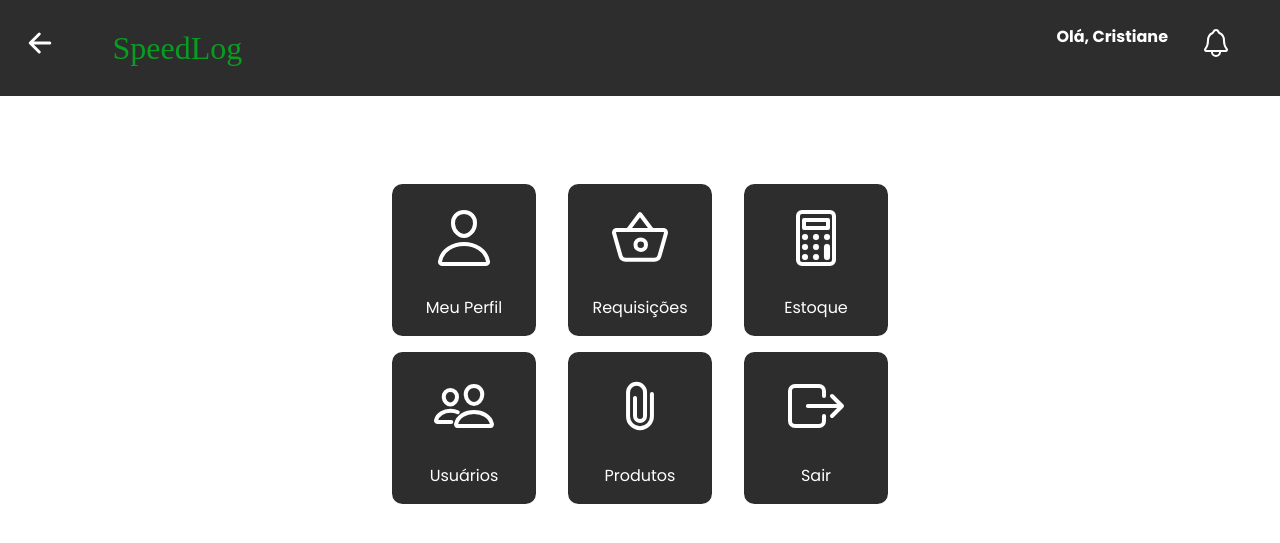
Repository: crisholiveira/speedlog
Page: http://localhost/home
These files come from the project's save history. The page is drawn as it stood at one moment and after the next save; the edit follows.
The browser window is 1280 px wide. The pictures show the whole page.
Some web fonts or font styles are not loaded; a fallback is used. The page is served by the project's Node server (app.js). Other server files are loaded and not shown.

Above is the page before, as saved 2022-01-23 20:21:23.

### views/home.ejs
<%- include('./partials/header.ejs') %>
    <link rel="stylesheet" href="/stylesheets/home.css">

    <body>

        <main>
            <section>
                <!--início ícones principais-->
                <div id="icones-principais">

                    <!--início box 1-->
                    <div class="box">
                        <div class="icones">
                            <div>
                                <a href="/perfil">
                                    <ion-icon class="icon" name="person-outline"></ion-icon>
                                </a>
                            </div>
                            <p>Meu Perfil</p>
                        </div>
                        <div class="icones">
                            <div>
                                <a href="#">
                                    <ion-icon class="icon" name="people-outline"></ion-icon>
                                </a>
                            </div>
                            <p>Usuários</p>
                        </div>
                    </div>
                    <!--Fim box 1-->

                    <!--início box 2-->
                    <div class="box">
                        <div class="icones">
                            <div>
                                <a href="#">
                                    <ion-icon class="icon" name="basket-outline"></ion-icon>
                                </a>
                            </div>
                            <p>Requisições</p>
                        </div>
                        <div class="icones">
                            <div>
                                <a href="#">
                                    <ion-icon class="icon" name="attach-outline"></ion-icon>
                                </a>
                            </div>
                            <p>Produtos</p>
                        </div>
                    </div>
                    <!--Fim box 2-->

                    <!--Início box 3-->
                    <div class="box">
                        <div class="icones">
                            <div>
                                <a href="/views/index.ejs">
                                    <ion-icon class="icon" name="calculator-outline"></ion-icon>
                                </a>
                            </div>
                            <p>Estoque</p>
                        </div>
                        <div class="icones">
                            <div>
                                <a href="#">
                                    <ion-icon class="icon" name="exit-outline"></ion-icon>
                                </a>
                            </div>
                            <p>Sair</p>
                        </div>
                    </div>

                    <!--final box 3-->

                </div>
                <!--Final ícones principais-->

                <script type="module" src="https://unpkg.com/ionicons@5.5.2/dist/ionicons/ionicons.esm.js"></script>
                <script nomodule src="https://unpkg.com/ionicons@5.5.2/dist/ionicons/ionicons.js"></script>
            </section>
        </main>

    </body>

    </html>

### views/partials/header.ejs
<!DOCTYPE html>
<html lang="en">

<head>
    <meta charset="UTF-8">
    <meta http-equiv="X-UA-Compatible" content="IE=edge">
    <meta name="viewport" content="width=device-width, initial-scale=1.0">
    <link rel="stylesheet" href="/stylesheets/header.css">
    <title>SpeedLog</title>
</head>
<header>
    <div id="menu-header">
        <div class="header-container">
            <span class="icone-voltar"><a href="/home"><ion-icon name="arrow-back-outline"></ion-icon></a>

            </span>
            <span class="logo">SpeedLog</span>
            <span class="icone-notificacao">
                <ion-icon name="notifications-outline"></ion-icon>
            </span>
            <span class="bem-vindo">
                <h4>Olá, Cristiane</h4>
            </span>
        </div>
    </div>
</header>
<script type="module" src="https://unpkg.com/ionicons@5.5.2/dist/ionicons/ionicons.esm.js"></script>
<script nomodule src="https://unpkg.com/ionicons@5.5.2/dist/ionicons/ionicons.js"></script>

### app.js
var createError = require('http-errors');
var express = require('express');
var path = require('path');
var cookieParser = require('cookie-parser');
var logger = require('morgan');

var indexRouter = require('./routes/index');
var usersRouter = require('./routes/users');
var homeRouter = require('./routes/home');
var perfilRouter = require('./routes/perfil');
var requisicoesRouter = require('./routes/requisicoes');
var estoqueRouter = require('./routes/estoque');
var usuariosRouter = require('./routes/usuarios');
var produtosRouter = require('./routes/produtos');
var cadFornecedorRouter = require('./routes/cadFornecedor')
var cadUsuarioRouter = require('./routes/cadUsuario');
var buscaFornecedorRouter = require('./routes/buscaFornecedor');


var app = express();

// view engine setup
app.set('views', path.join(__dirname, 'views'));
app.set('view engine', 'ejs');

app.use(logger('dev'));
app.use(express.json());
app.use(express.urlencoded({ extended: false }));
app.use(cookieParser());
app.use(express.static(path.join(__dirname, 'public')));

app.use('/', indexRouter);
app.use('/users', usersRouter);
app.use('/home', homeRouter);
app.use('/perfil', perfilRouter);
app.use('/requisicoes', requisicoesRouter);
app.use('/estoque', estoqueRouter);
app.use('/usuarios', usuariosRouter);
app.use('/produtos', produtosRouter);
app.use('/cadastroDeFornecedor', cadFornecedorRouter);
app.use('/cadastroDeUsuario', cadUsuarioRouter);
app.use('/buscaFornecedor', buscaFornecedorRouter);

// catch 404 and forward to error handler
app.use(function(req, res, next) {
  next(createError(404));
});

// error handler
app.use(function(err, req, res, next) {
  // set locals, only providing error in development
  res.locals.message = err.message;
  res.locals.error = req.app.get('env') === 'development' ? err : {};

  // render the error page
  res.status(err.status || 500);
  res.render('error');
});

module.exports = app;

### controllers/homeController.js
const homeController = {
    index: (req, res) => {

        res.render('home')
    }
}
module.exports = homeController

### public/stylesheets/header.css
@import url('https://fonts.googleapis.com/css2?family=Poppins:wght@100;200;300;400;500;600;700&display=swap');
@import url('https://fonts.googleapis.com/css2?family=Patrick+Hand&display=swap');

*{
    padding: 0;
    margin: 0;
    box-sizing: border-box;
    border: none;
    font-family: 'Poppins'
}

header {
    min-height: 10vh;
    background-color:#2d2d2d;

}

.header-container a {
    color: white;
}



.header-container {
    padding: 1.5rem;

}

.logo {
    color:#099c22;
    font-family: 'Patrick Hand', cursive;
    font-size: 2rem;
    padding: 3rem;

}


.icone-voltar {
    font-size: 2rem;
    color: white;



}

.icone-notificacao {
    font-size: 2rem;
    color: white;
    float: right;
    padding-right: 1.5rem;

}

.bem-vindo {
    color: white;
    float: right;

}
.bem-vindo h4 {
    padding-right: 2rem;
}
@media (max-width: 768px){
    .logo{
        display: none;
    }
}

### public/stylesheets/home.css
@import url('https://fonts.googleapis.com/css2?family=Poppins:wght@100;200;300;400;500;600;700&display=swap');
@import url('https://fonts.googleapis.com/css2?family=Patrick+Hand&display=swap');

*{
    padding: 0;
    margin: 0;
    box-sizing: border-box;
    border: none;
    font-family: 'Poppins'
}

#icones-principais {
    margin-top: 10vh;
    max-width: 75vh;
    margin-right: auto;
    margin-left: auto;
    display: flex;
    flex-wrap: wrap;
    justify-content: center;
    }

p, a {
    color: white;

}

.icones a {
    font-size: 4rem;
}


.icones{
    background-color:#2d2d2d;
    min-height: 20vh;
    min-width: 20vh;
    margin: 1rem;
    padding: 1rem;
    border-radius: 10.5px;
    text-align: center;

}

After the next save:
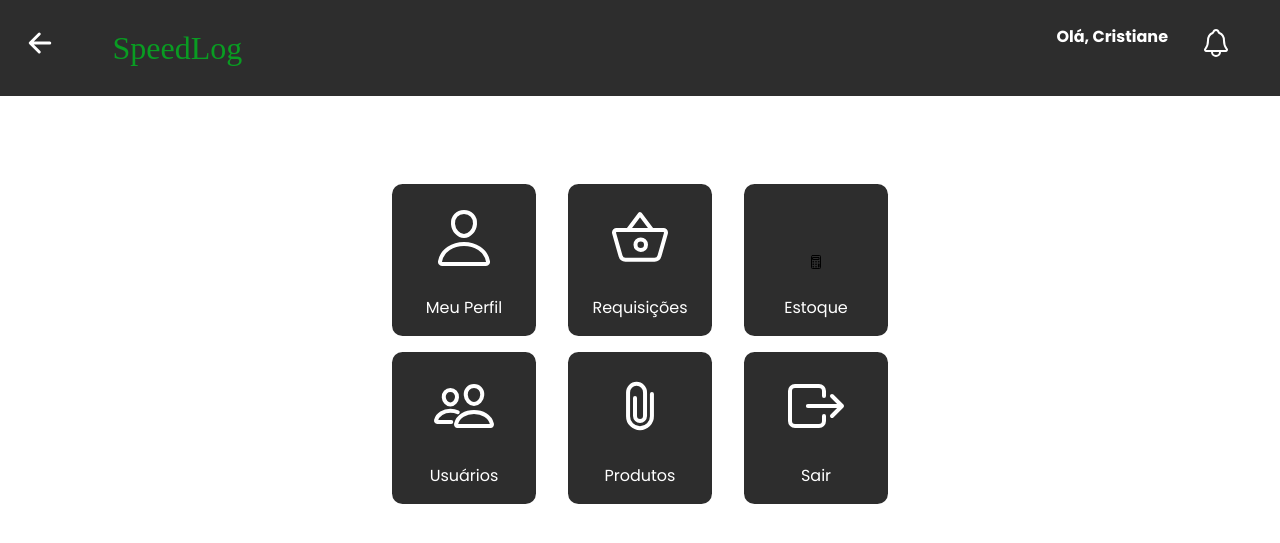
Saved 9 min 21 s later.
--- a/views/home.ejs
+++ b/views/home.ejs
@@ -20,7 +20,7 @@
                         </div>
                         <div class="icones">
                             <div>
-                                <a href="#">
+                                <a href="/usuarios">
                                     <ion-icon class="icon" name="people-outline"></ion-icon>
                                 </a>
                             </div>
@@ -33,7 +33,7 @@
                     <div class="box">
                         <div class="icones">
                             <div>
-                                <a href="#">
+                                <a href="/requisicoes">
                                     <ion-icon class="icon" name="basket-outline"></ion-icon>
                                 </a>
                             </div>
@@ -41,7 +41,7 @@
                         </div>
                         <div class="icones">
                             <div>
-                                <a href="#">
+                                <a href="/produtos">
                                     <ion-icon class="icon" name="attach-outline"></ion-icon>
                                 </a>
                             </div>
@@ -54,7 +54,7 @@
                     <div class="box">
                         <div class="icones">
                             <div>
-                                <a href="/views/index.ejs">
+                                <a href="/estoque"></a>
                                     <ion-icon class="icon" name="calculator-outline"></ion-icon>
                                 </a>
                             </div>
@@ -62,7 +62,7 @@
                         </div>
                         <div class="icones">
                             <div>
-                                <a href="#">
+                                <a href="/">
                                     <ion-icon class="icon" name="exit-outline"></ion-icon>
                                 </a>
                             </div>

After the save that followed:
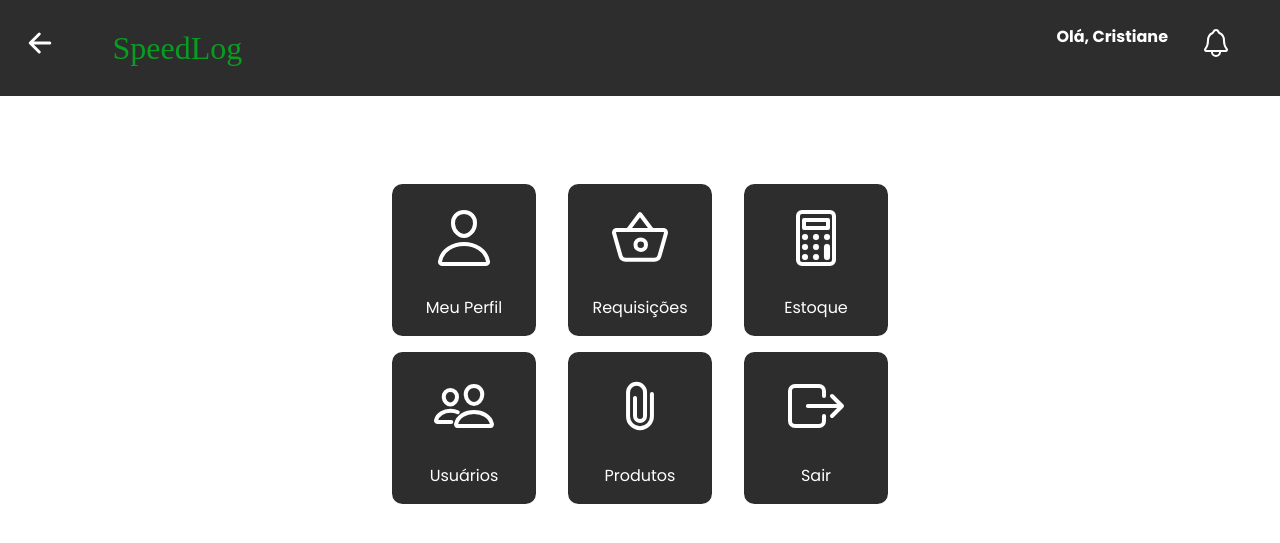
Saved 2 min 43 s later.
--- a/views/home.ejs
+++ b/views/home.ejs
@@ -54,7 +54,7 @@
                     <div class="box">
                         <div class="icones">
                             <div>
-                                <a href="/estoque"></a>
+                                <a href="/estoque">
                                     <ion-icon class="icon" name="calculator-outline"></ion-icon>
                                 </a>
                             </div>
